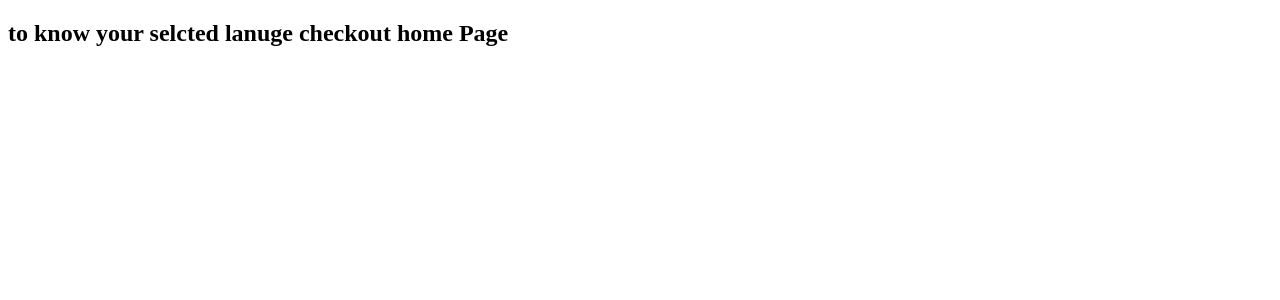
Repository: pradeep9689/monoceptAssignment
Page: http://localhost/03-jsp-session-demo/coockie-response.jsp
An editor plug-in stored every save of this project. The page is shown before and after the next save, followed by the edit.
The browser window is 1280 px wide. The pictures show the whole page.
The page is served by Tomcat 9.

Above is the page before, as saved 2024-07-15 06:39:42.

After the next save:
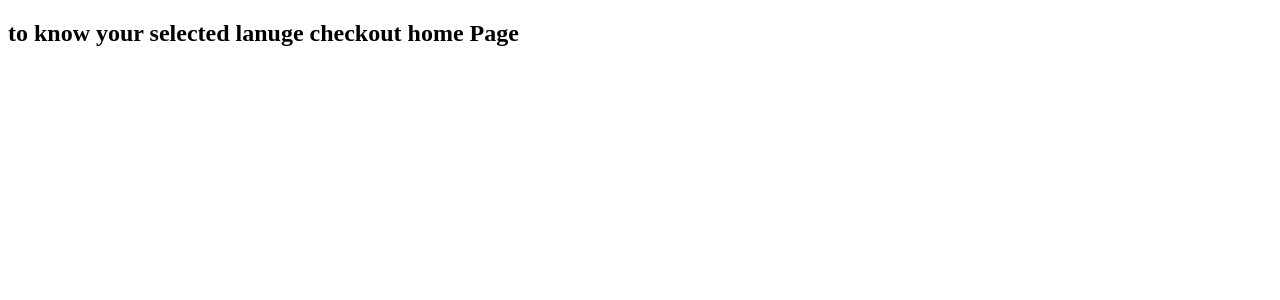
Saved 34 s later.
--- a/03-jsp-session-demo/WebContent/coockie-response.jsp
+++ b/03-jsp-session-demo/WebContent/coockie-response.jsp
@@ -15,7 +15,7 @@ response.addCookie(mycookie);
 
 
 %>
-<h2>to know your selcted lanuge checkout home Page</h2>
+<h2>to know your selected lanuge checkout home Page</h2>
 <a href="Coockie.home.jsp"></a>
 </body>
 </html>
